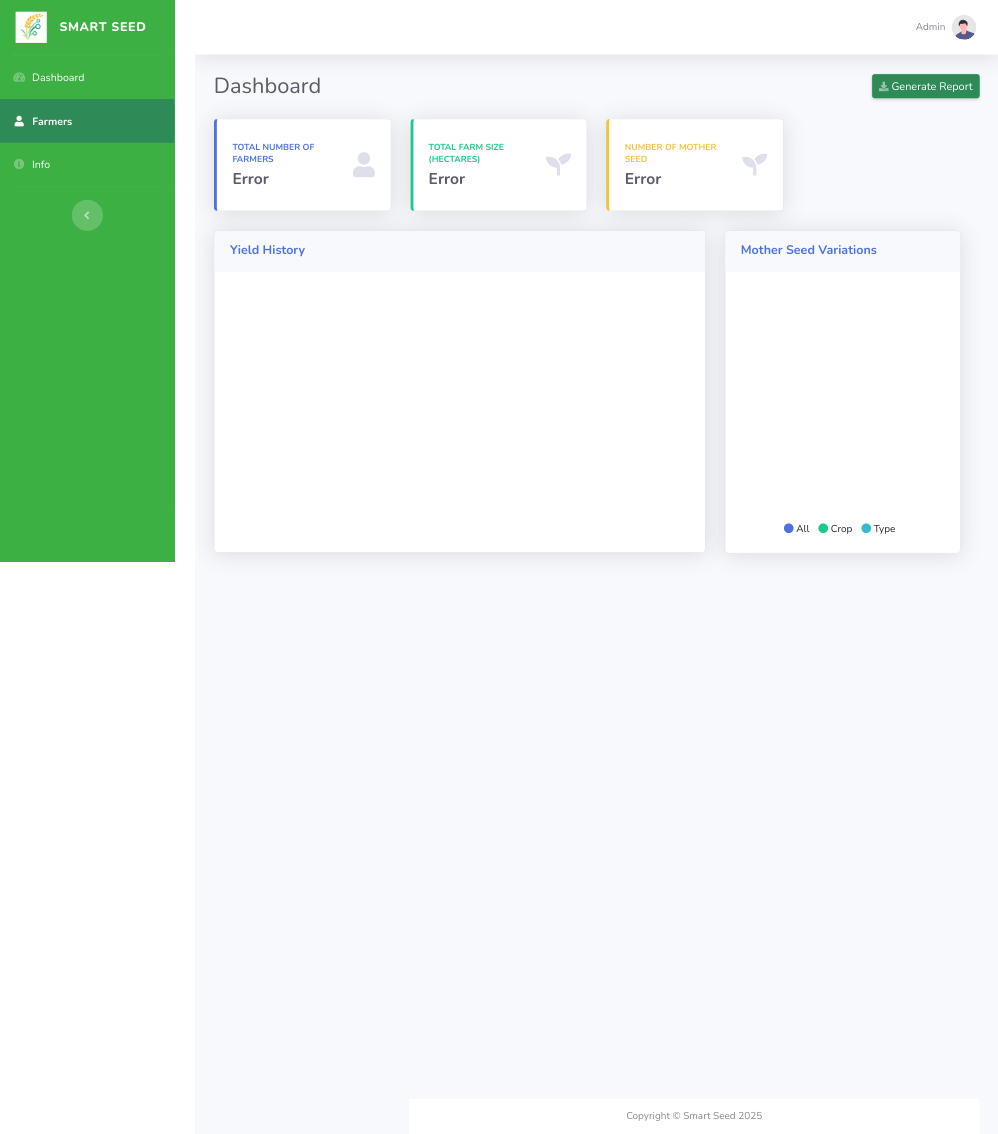
Repository: IFoundGeorge/Smart-Seed-v8-master
Page: src/index.html
These files come from the project's save history. The page is drawn as it stood at one moment and after the next save; the edit follows.
The browser window is 1280 px wide. The pictures show the whole page, at 78% of full size.
The page's requests for data from a server got no answer. Some web libraries are served in a nearby version.

Above is the page before, as saved 2025-03-25 22:21:37.

After the next save:
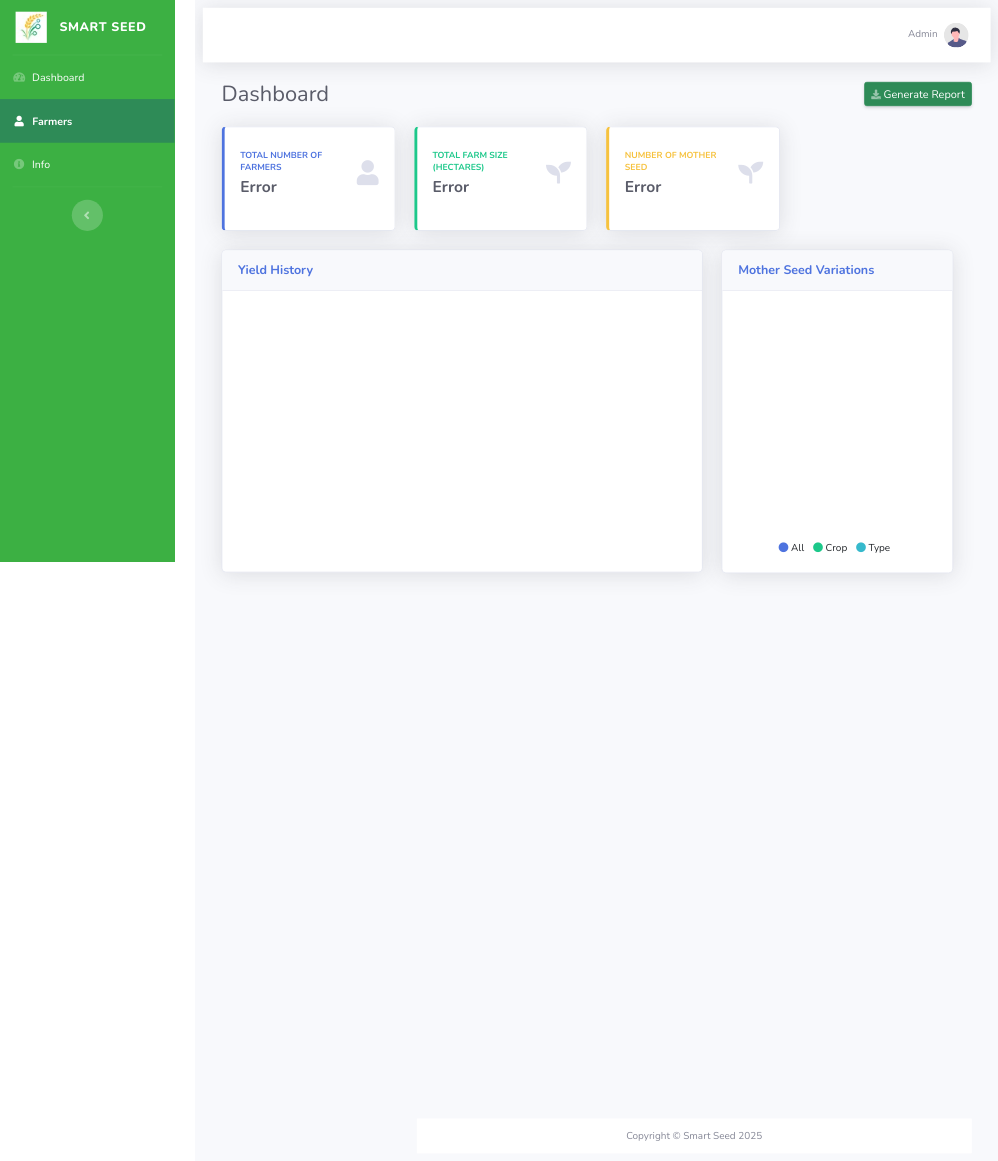
Saved 2 min 27 s later.
--- a/src/index.html
+++ b/src/index.html
@@ -142,6 +142,27 @@
         #content-wrapper {
             margin-left: 250px; /* Default margin when the sidebar is expanded */
             transition: margin-left 0.3s ease; /* Smooth transition */
+        }
+    </style>
+    <style>
+        /* Adjust the content wrapper */
+        #content-wrapper {
+            margin-left: 250px; /* Default margin for the sidebar */
+            flex: 1;
+            display: flex;
+            flex-direction: column;
+            padding: 0; /* Remove unnecessary padding */
+        }
+
+        /* Adjust the main content area */
+        #content {
+            flex: 1;
+            padding: 10px; /* Add minimal padding for spacing */
+        }
+
+        /* Reduce card margins */
+        .card {
+            margin-bottom: 15px; /* Reduce space between cards */
         }
     </style>
 </head>
